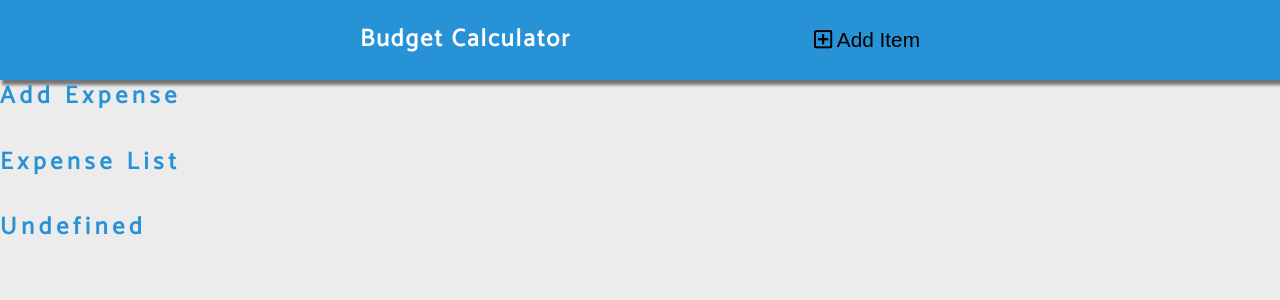
Repository: webdril/budget
Page: /
The author's editor kept a copy of each file at every save. The page is drawn from the files as they stood at one save, then again after the next save.
The browser window is 1280 px wide. The pictures show the whole page.
The project was rebuilt for these pictures with package versions that can differ from the ones it lists, and the page was loaded fresh each time.

Above is the page before, as saved 2020-02-29 02:15:38.

After the next save:
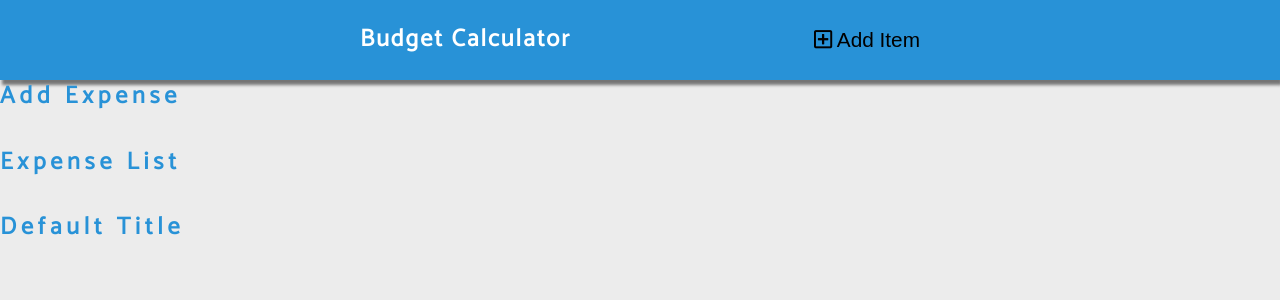
Saved 41 s later.
--- a/src/Title.svelte
+++ b/src/Title.svelte
@@ -1,5 +1,5 @@
 <script>
-export let title;
+export let title = "default title";
 
 </script>
 
